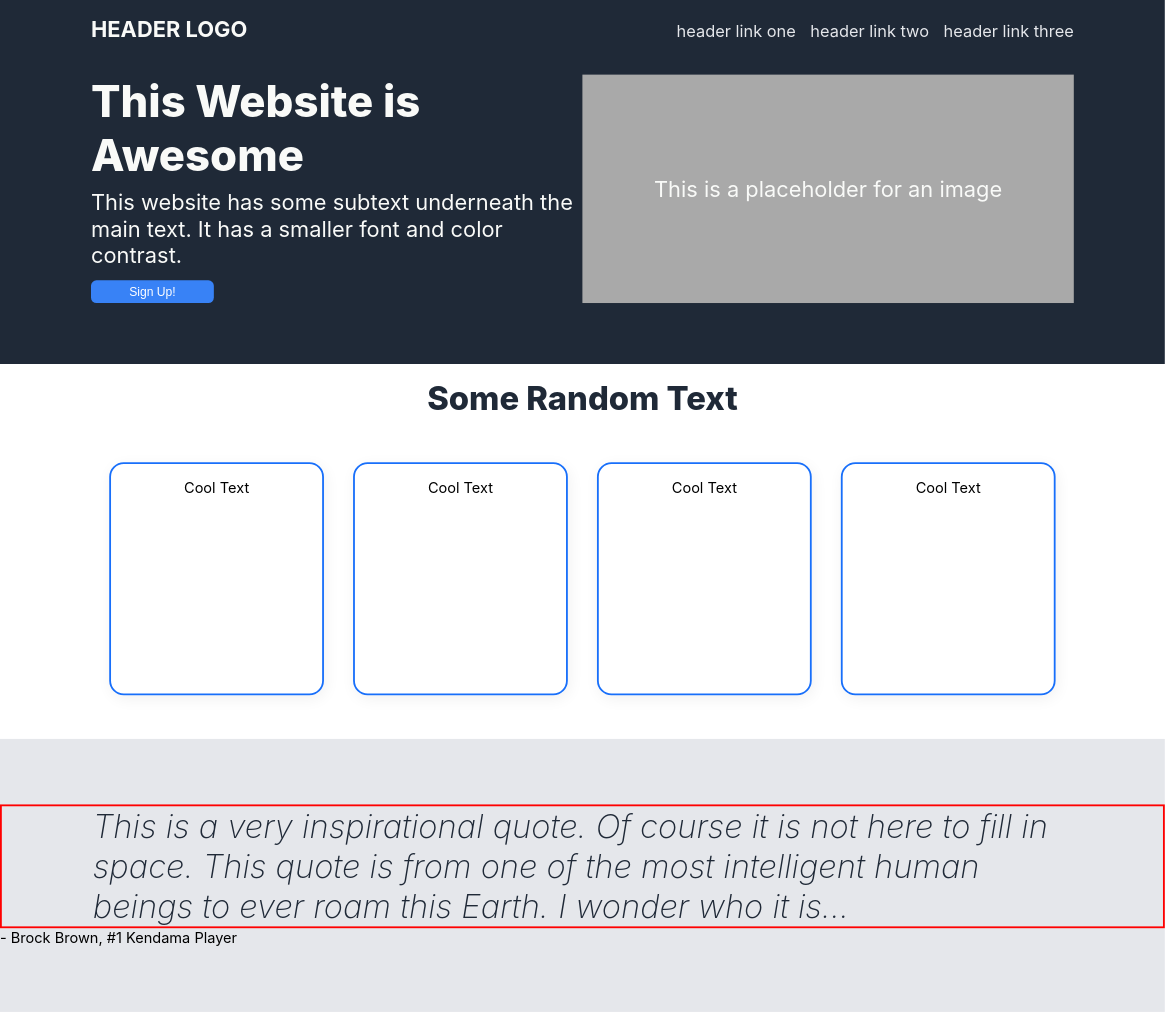
Repository: bbrockbrown/landing-page
Page: index.html
The author's editor kept a copy of each file at every save. The page is drawn from the files as they stood at one save, then again after the next save.
The browser window is 1280 px wide. The pictures show the whole page, at 91% of full size.

Above is the page before, as saved 2024-07-24 15:58:12.

### index.html
<!DOCTYPE html>
<html lang="en">
<head>
    <meta charset="UTF-8">
    <meta name="viewport" content="width=device-width, initial-scale=1.0">
    <link rel="stylesheet" href="styles.css">
    <title>Landing Page</title>
</head>
<body>

    <div class="header">
        <div class="upper-header">
            <div class="logo" style="font-weight: bolder">HEADER LOGO</div>
            <ul class="header-links">
                <li><a href="https://www.google.com/" target="_blank">header link one</a></li>
                <li><a href="https://www.google.com/" target="_blank">header link two</a></li>
                <li><a href="https://www.google.com/" target="_blank">header link three</a></li>
            </ul>
        </div>

        <div class="header-content">
            <div class="header-text">
                <div class="awesome-text">
                    This Website is Awesome
                </div>
                <div class="subtext">
                    This website has some subtext underneath the main text.
                    It has a smaller font and color contrast.
                </div>
                <button class="signup-button">Sign Up!</button>
            </div>

            <div class="header-image">
                This is a placeholder for an image
            </div>
        </div>
    </div>




    <div class="body">
        <div class="box-text">Some Random Text</div>
        <div class="box-container">
            <div class="box">Cool Text</div>
            <div class="box">Cool Text</div>
            <div class="box">Cool Text</div>
            <div class="box">Cool Text</div>
        </div>

        <div class="quote-container">
            <div class="quote">This is a very inspirational quote. Of course it is not here
                to fill in space. This quote is from one of the most intelligent human beings
                to ever roam this Earth. I wonder who it is...
            </div>
            <div class="quote-author">
                - Brock Brown, #1 Kendama Player
            </div>
        </div>
    </div>

    <div class="sign-up">

    </div>

    <div class="footer">

    </div>

</body>
</html>

### styles.css
body {
    font-family: -apple-system, BlinkMacSystemFont, 'Segoe UI', Roboto, Oxygen, Ubuntu, Cantarell, 'Open Sans', 'Helvetica Neue', sans-serif;
    margin: 0;
    min-height: 100vh;
}

.header {
    background-color: #1F2937;
    font-size: 24px;
    color: #F9FAF8;
    display: flex;
    padding: 0px 100px 50px 100px;
    height: 350px;
    flex-direction: column;
    justify-content: space-around;
}

.upper-header {
    display: flex;
    justify-content: space-between;
}

.header-content {
    display: flex;
    text-align: left;
    align-items: center;
}

.header-text {
    width: 50%;
    display: flex;
    flex-flow: column wrap;
    gap: 8px;
}

.header-image {
    text-align: center;
    width: 50%;
    height: 100%;
    background-color: darkgray;
    display: flex;
    flex-flow: column wrap;
    justify-content: center;
}

.awesome-text {
    font-size: 48px;
    font-weight: 800;
}

button {
    padding: 5px 30px 5px 30px;
    border-radius: 6px;
    width: 25%;
}

.signup-button {
    background-color: #3882F6;
    color: white;
    border: none;
    margin-top: 5px;
}

ul {
    margin: 0;
    padding: 0;
    list-style: none;
    display: flex;
    gap: 16px;
}

a {
    text-decoration: none;
    font-size: 18px;
    color: #E5E7EB;
}


.body {
    display: flex;
    flex: 1;
    flex-direction: column;
    align-items: center;
}

.box-text {
    font-size: 36px;
    color: #1F2937;
    font-weight: 800;
    margin-top: 16px;
}

.box-container {
    display: flex;
    padding: 48px;
    flex-wrap: wrap;
    gap: 32px;
    justify-content: center;
}


.box {
    border: 2px solid  #186ffa;
    box-shadow: 2px 4px 16px rgba(0,0,0,.06);
    border-radius: 16px;
    padding: 16px;
    width: 200px;
    height: 220px;
    text-align: center;
}

.quote-container {
    display: flex;
    flex: wrap;
    flex-direction: column;
    background-color: #E5E7EB;
    height: 300px;
    justify-content: center;
}

.quote {
    font-size: 36px;
    color: #1F2937;
    font-style: italic;
    font-weight: 200;
    border: 2px red solid;
    padding: 0 100px;
}

.quote-author {
    align-self:first baseline
}

After the next save:
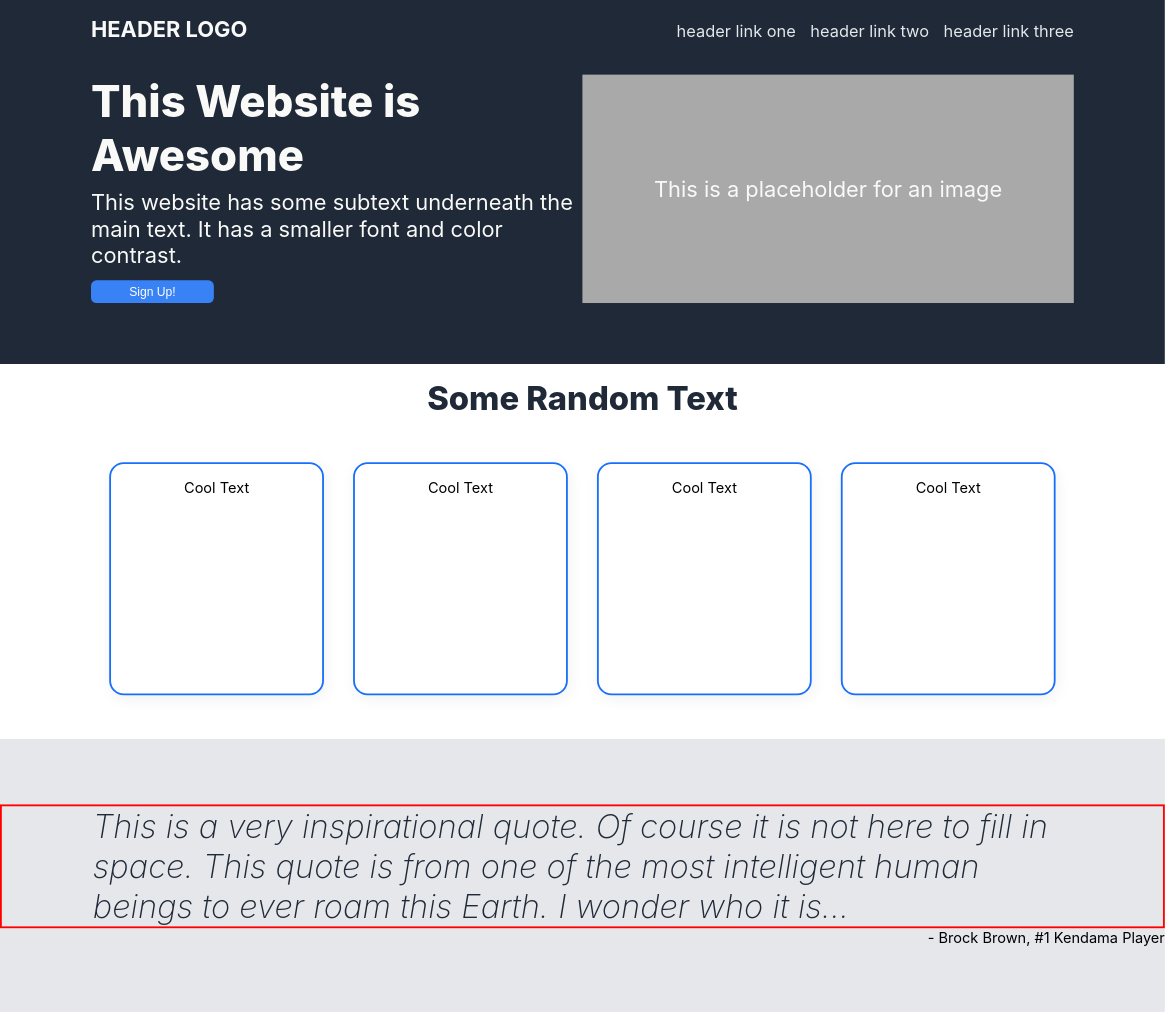
Saved 8 s later.
--- a/styles.css
+++ b/styles.css
@@ -128,5 +128,5 @@
 }
 
 .quote-author {
-    align-self:first baseline
+    align-self:self-end
 }

After the save that followed:
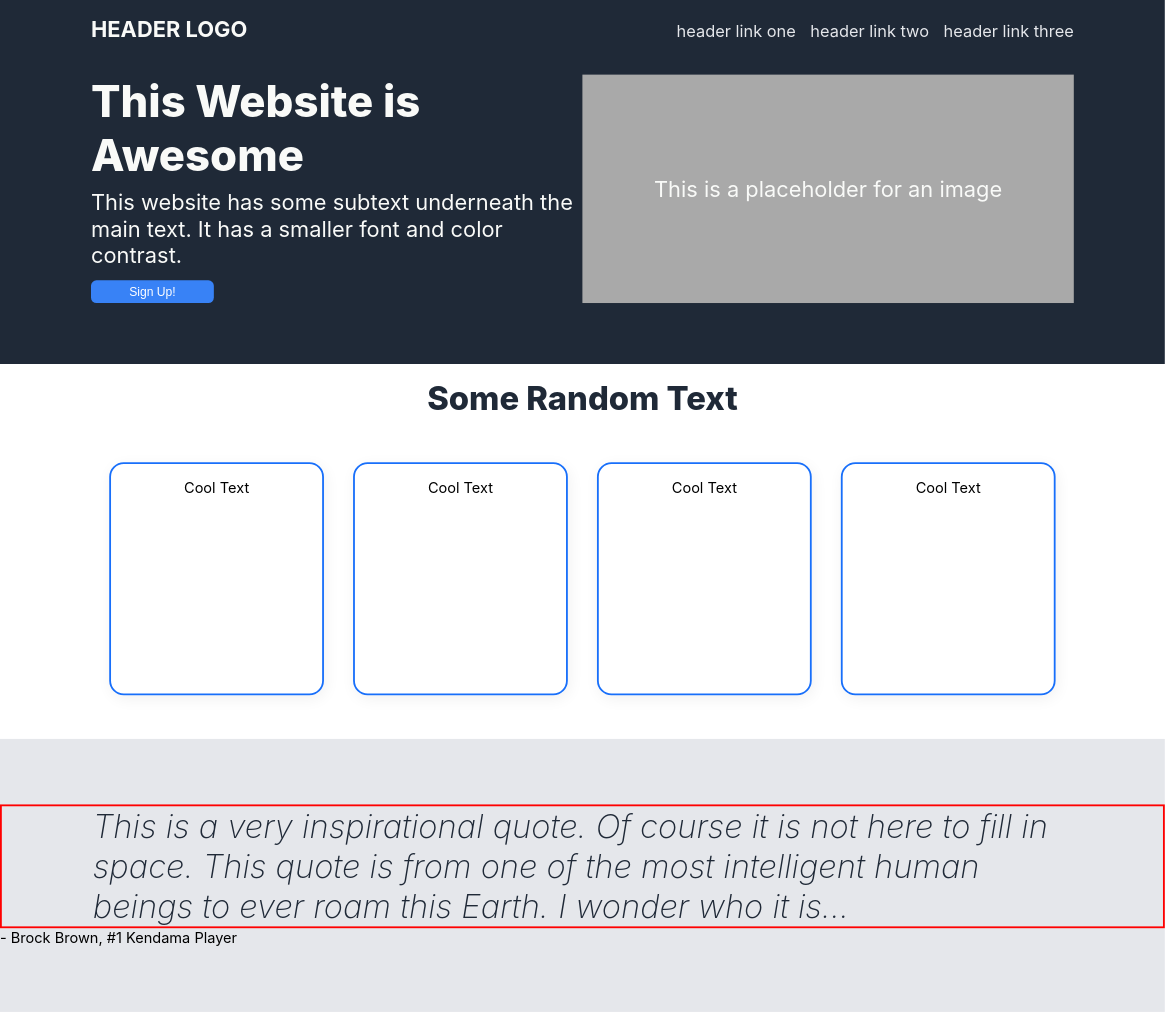
Saved 4 s later.
--- a/styles.css
+++ b/styles.css
@@ -128,5 +128,5 @@
 }
 
 .quote-author {
-    align-self:self-end
+    align-self:self-start
 }
